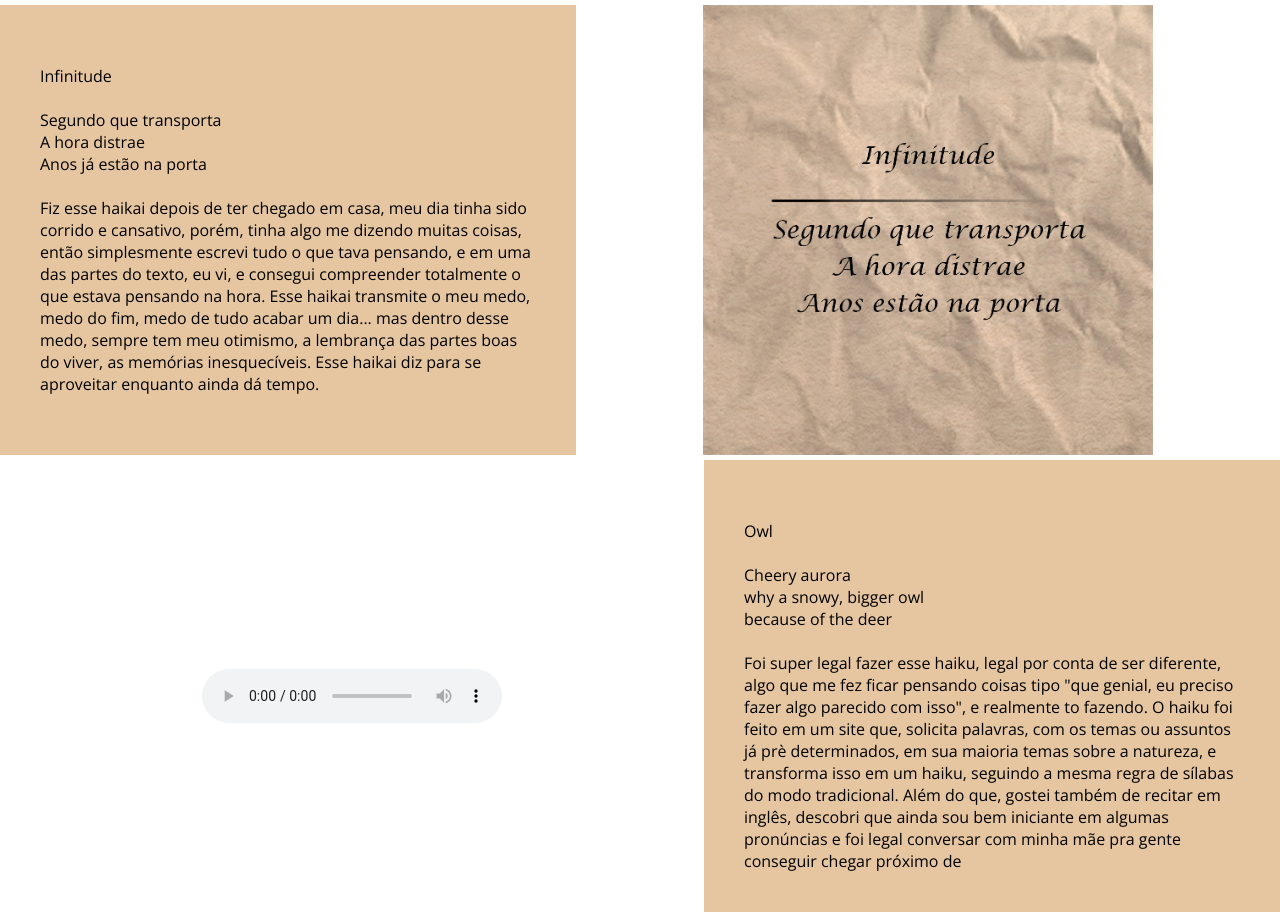
Repository: NewMatheusED/portfolio-linguagens
Page: index.html
The author's editor kept a copy of each file at every save. The page is drawn from the files as they stood at one save, then again after the next save.
The browser window is 1280 px wide. The pictures show the part of the page from y = 1212 to 2124 px (the page is 2432 px tall before and 2454 px after).
A picture or video elsewhere on the page could not be fetched, so the positions and the page height are approximate.

Above is the page before, as saved 2022-11-20 09:51:42.

After the next save:
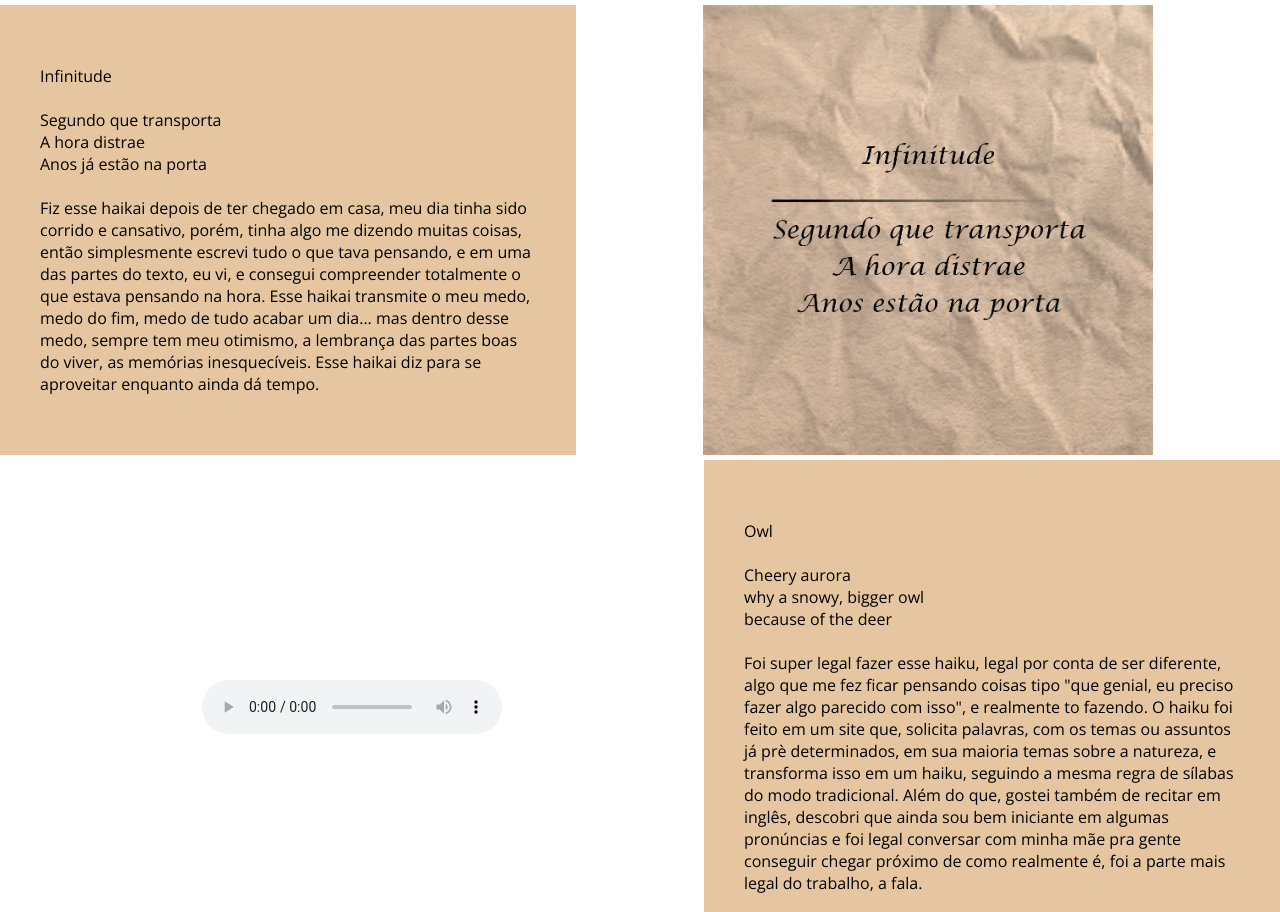
Saved 21 s later.
--- a/index.html
+++ b/index.html
@@ -83,7 +83,7 @@
                         Cheery aurora<br>
                         why a snowy, bigger owl<br>
                         because of the deer<br><br>
-                    Foi super legal fazer esse haiku, legal por conta de ser diferente, algo que me fez ficar pensando coisas tipo "que genial, eu preciso fazer algo parecido com isso", e realmente to fazendo. O haiku foi feito em um site que, solicita palavras, com os temas ou assuntos já prè determinados, em sua maioria temas sobre a natureza, e transforma isso em um haiku, seguindo a mesma regra de sílabas do modo tradicional. Além do que, gostei também de recitar em inglês, descobri que ainda sou bem iniciante em algumas pronúncias e foi legal conversar com minha mãe pra gente conseguir chegar próximo de </p>
+                    Foi super legal fazer esse haiku, legal por conta de ser diferente, algo que me fez ficar pensando coisas tipo "que genial, eu preciso fazer algo parecido com isso", e realmente to fazendo. O haiku foi feito em um site que, solicita palavras, com os temas ou assuntos já prè determinados, em sua maioria temas sobre a natureza, e transforma isso em um haiku, seguindo a mesma regra de sílabas do modo tradicional. Além do que, gostei também de recitar em inglês, descobri que ainda sou bem iniciante em algumas pronúncias e foi legal conversar com minha mãe pra gente conseguir chegar próximo de como realmente é, foi a parte mais legal do trabalho, a fala. </p>
                 </div><!--item-2-mosaico-->
             </div><!--flex-mosaico-->
         </div><!--container-->
